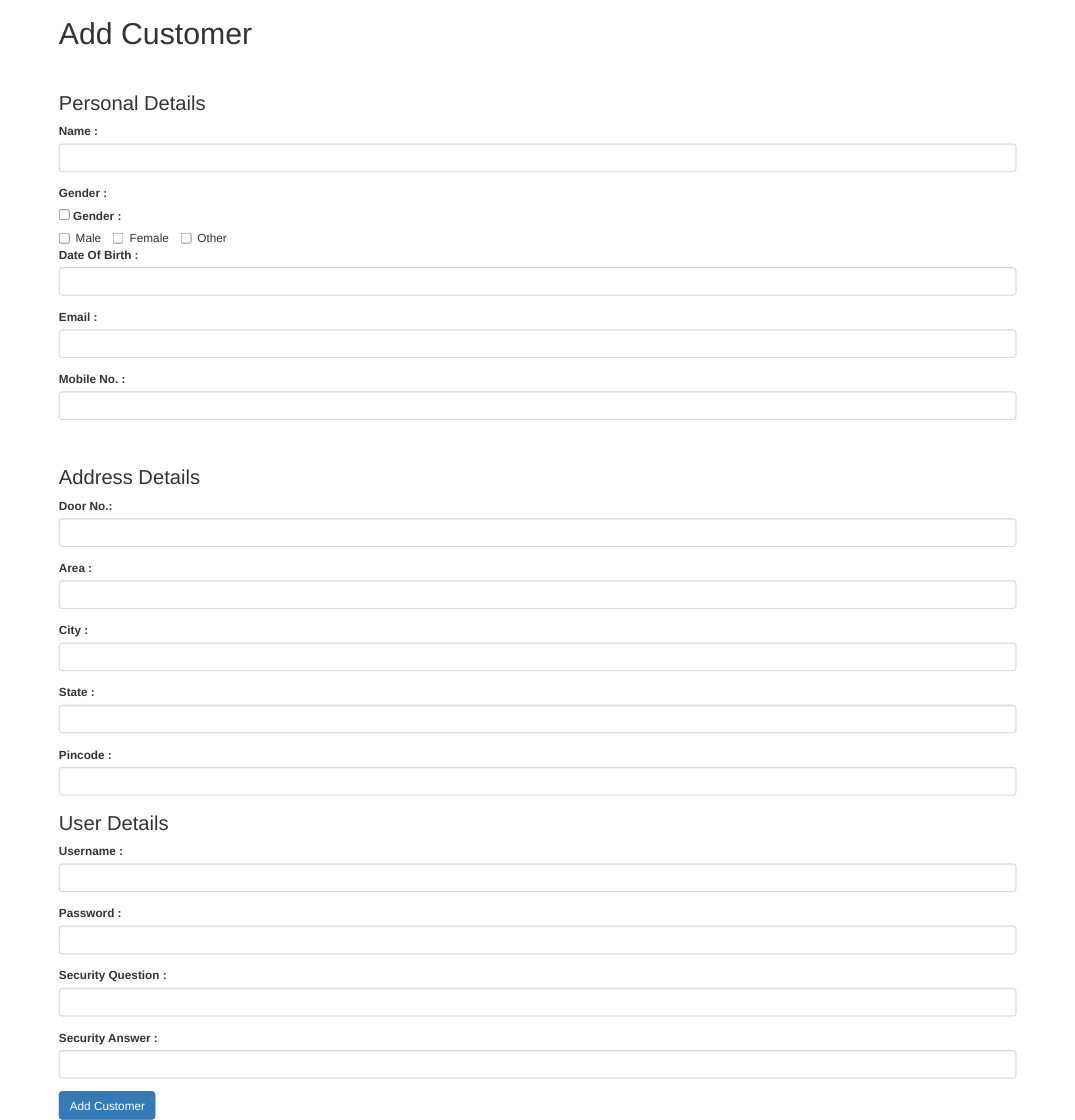
Repository: Shubham-Gawade/SpringHibernateTraining
Page: http://localhost/xorbankonline/WEB-INF/pages/addcustomer.jsp
These files come from the project's save history. The page is drawn as it stood at one moment and after the next save; the edit follows.
The browser window is 1280 px wide. The pictures show the whole page, at 84% of full size.
The page is served by Tomcat 9. Nobody is signed in. The template is opened directly, without the code that normally fills it, so the values that code supplies are empty.

Above is the page before, as saved 2021-10-07 04:49:12.

After the next save:
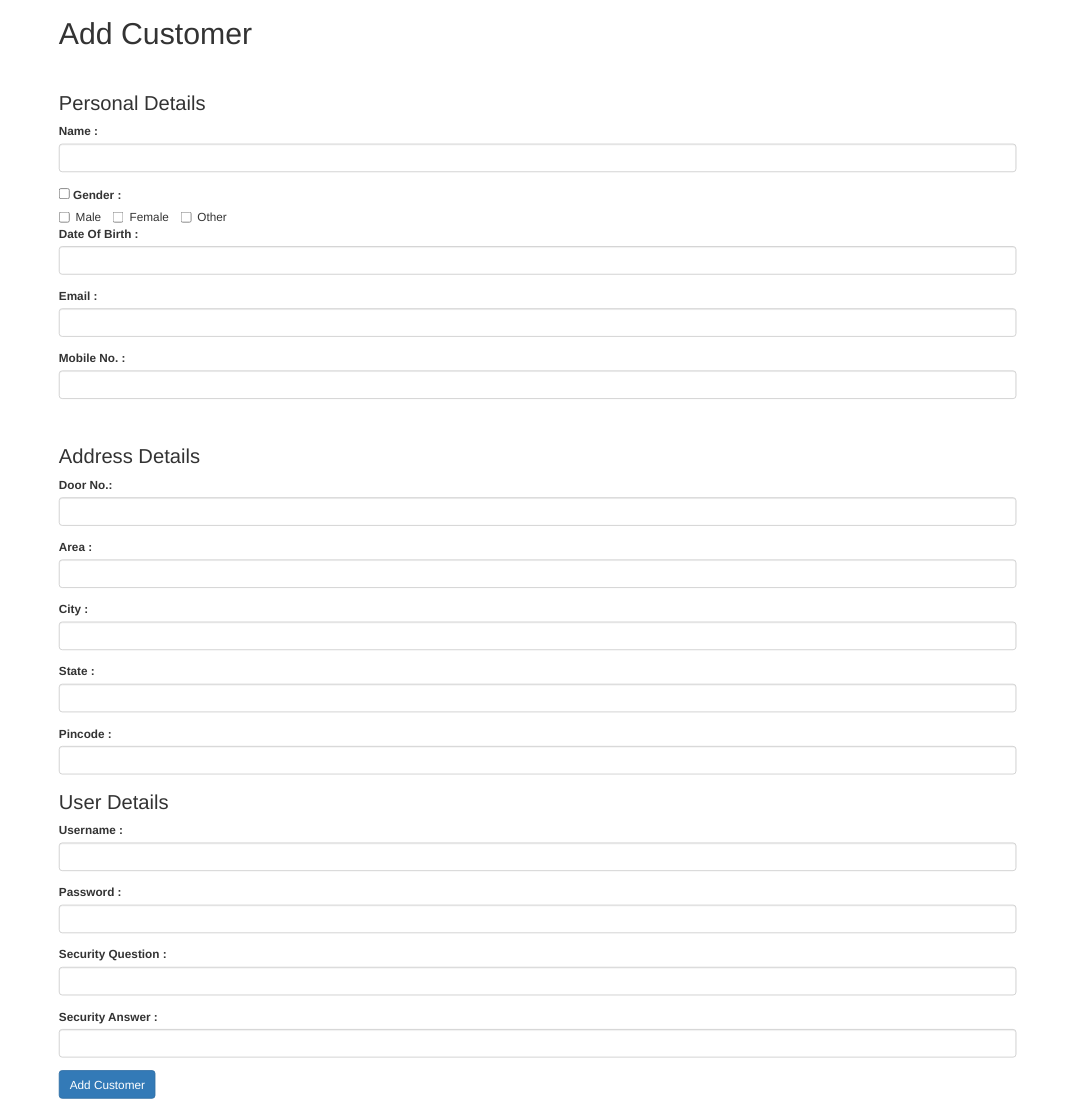
Saved 41 s later.
--- a/xorbankonline/src/main/webapp/WEB-INF/pages/addcustomer.jsp
+++ b/xorbankonline/src/main/webapp/WEB-INF/pages/addcustomer.jsp
@@ -17,9 +17,8 @@
 		    <label for="name">Name :</label>
 		    <form:input type="text" path="personName" class="form-control" name="name"/>
 		</div>
-		<label name="gender">Gender :</label>
 		<div class="form-check">
-		  <input class="form-check-input" type="checkbox" value="" id="flexCheckDefault">
+		  <input class="form-check-input" type="checkbox" value="MALE" id="flexCheckDefault">
 		  <label class="form-check-label" for="flexCheckDefault">
 		    Gender :
 		  </label>
